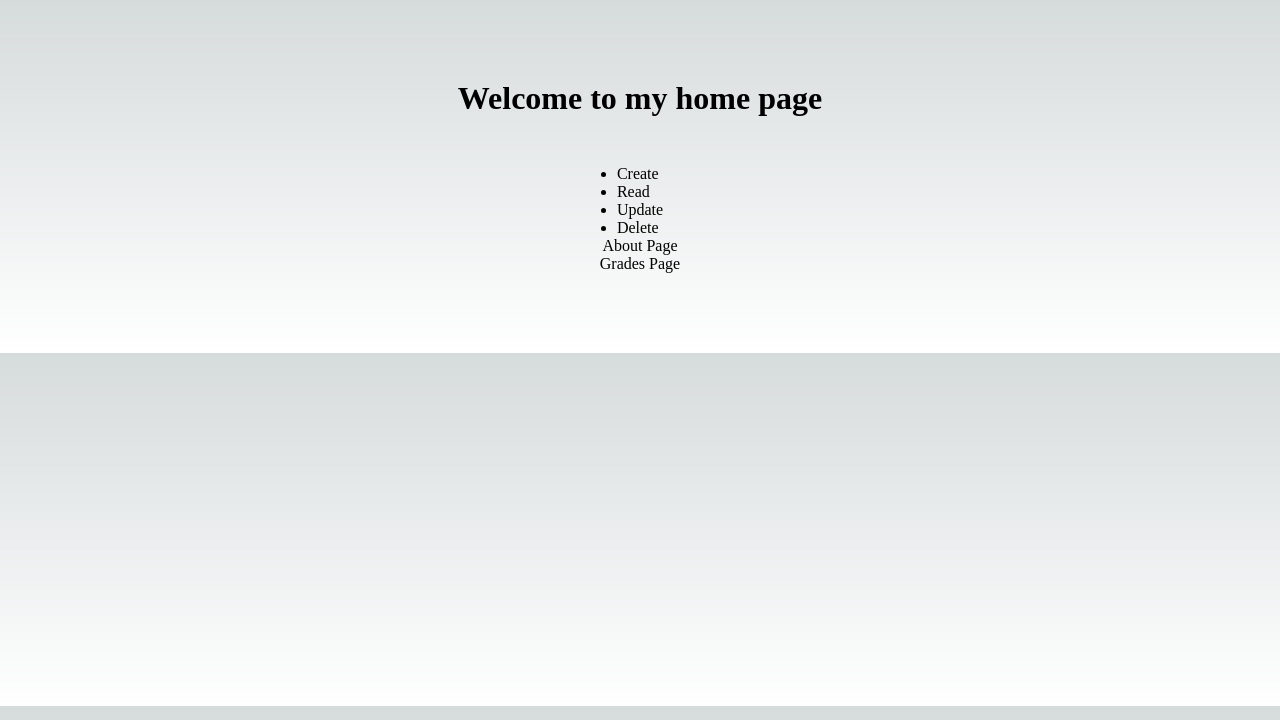
Repository: juliet-jskim/dynamic-week4-inclassplaywright
Page: /
These files come from the project's save history. The page is drawn as it stood at one moment and after the next save; the edit follows.
The browser window is 1280 px wide. The pictures show the whole page.
The project was rebuilt for these pictures with package versions that can differ from the ones it lists, and the page was loaded fresh each time. The framework's server and built-in components were replaced by stand-ins that run in the browser. Also part of the build but not shown: next.config.js.

Above is the page before, as saved 2023-01-23 11:05:01.

### pages/index.js
import Head from 'next/head'
import Image from 'next/image'
import { Inter } from '@next/font/google'
import styles from '@/styles/Home.module.css'

const inter = Inter({ subsets: ['latin'] })

export default function Home() {
  return (
    <>
      <Head>
        <title>Example #1</title>
        <meta name="description" content="Generated by create next app" />
        <meta name="viewport" content="width=device-width, initial-scale=1" />
        <link rel="icon" href="/favicon.ico" />
      </Head>
      <main className={styles.main}>
        <h1>Welcome to my home page</h1>

        <div className={styles.grid}>
          <ul>
          <li>Create</li>
          <li>Read</li>
          <li>Update</li>
          <li>Delete</li>
        </ul>
        </div>


        <a href='http://localhost:3000/about'>About Page</a>

        <a href='http://localhost:3000/grades'>Grades Page</a>

      </main>
    </>
  )
}

### styles/Home.module.css
.container {
  min-height: 100vh;
  padding: 0 0.5rem;
  display: flex;
  flex-direction: column;
  justify-content: center;
  align-items: center;
}

.main {
  padding: 5rem 0;
  flex: 1;
  display: flex;
  flex-direction: column;
  justify-content: center;
  align-items: center;
}

.footer {
  width: 100%;
  height: 100px;
  border-top: 1px solid #eaeaea;
  display: flex;
  justify-content: center;
  align-items: center;
}

.footer a {
  display: flex;
  justify-content: center;
  align-items: center;
  flex-grow: 1;
}

.title a {
  color: #0070f3;
  text-decoration: none;
}

.title a:hover,
.title a:focus,
.title a:active {
  text-decoration: underline;
}

.title {
  margin: 0;
  line-height: 1.15;
  font-size: 4rem;
}

.title,
.description {
  text-align: center;
}

.description {
  line-height: 1.5;
  font-size: 1.5rem;
}

.code {
  background: #fafafa;
  border-radius: 5px;
  padding: 0.75rem;
  font-size: 1.1rem;
  font-family: Menlo, Monaco, Lucida Console, Liberation Mono, DejaVu Sans Mono,
    Bitstream Vera Sans Mono, Courier New, monospace;
}

.grid {
  display: flex;
  align-items: center;
  justify-content: center;
  flex-wrap: wrap;
  max-width: 800px;
  margin-top: 3rem;
}

.grid__container {
  display: grid;
  grid-template-columns: auto auto auto;
  background-color: #2196F3;
  padding: 10px;
}
.grid__item {
  background-color: rgba(255, 255, 255, 0.8);
  border: 1px solid rgba(0, 0, 0, 0.8);
  padding: 20px;
  font-size: 30px;
  text-align: center;
}

.card {
  margin: 1rem;
  padding: 1.5rem;
  text-align: left;
  color: inherit;
  text-decoration: none;
  border: 1px solid #eaeaea;
  border-radius: 10px;
  transition: color 0.15s ease, border-color 0.15s ease;
  width: 45%;
}

.card:hover,
.card:focus,
.card:active {
  color: #0070f3;
  border-color: #0070f3;
}

.card h2 {
  margin: 0 0 1rem 0;
  font-size: 1.5rem;
}

.card p {
  margin: 0;
  font-size: 1.25rem;
  line-height: 1.5;
}

.logo {
  height: 1em;
  margin-left: 0.5rem;
}

@media (max-width: 600px) {
  .grid {
    width: 100%;
    flex-direction: column;
  }
}

Loaded but not shown: pages/_app.js (common file); pages/_document.js (common file); styles/globals.css (common file)

After the next save:
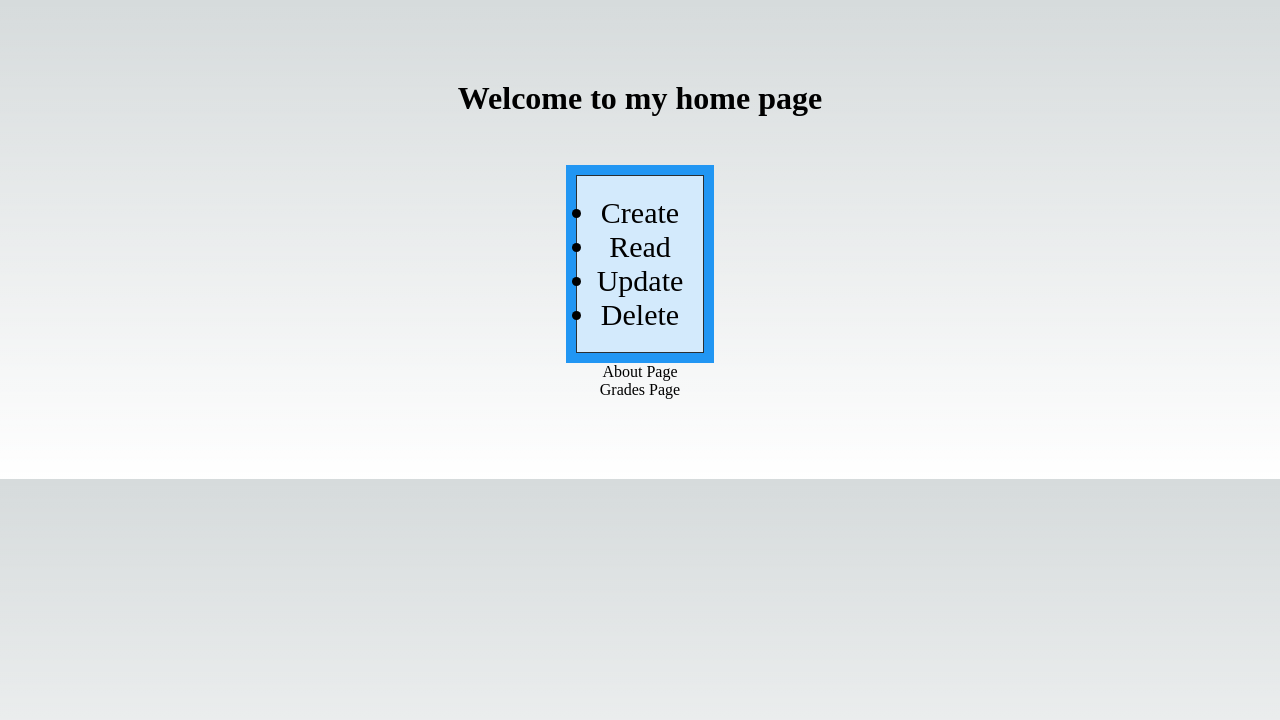
Saved 115 s later.
--- a/pages/index.js
+++ b/pages/index.js
@@ -18,12 +18,16 @@ export default function Home() {
         <h1>Welcome to my home page</h1>
 
         <div className={styles.grid}>
-          <ul>
-          <li>Create</li>
-          <li>Read</li>
-          <li>Update</li>
-          <li>Delete</li>
-        </ul>
+          <div className={styles.grid__container} style={{display:"grid"}}>
+            <div className={styles.grid__item}>
+              <ul>
+                  <li>Create</li>
+                  <li>Read</li>
+                  <li>Update</li>
+                  <li>Delete</li>
+                </ul>
+              </div>
+          </div>
         </div>
 
 
